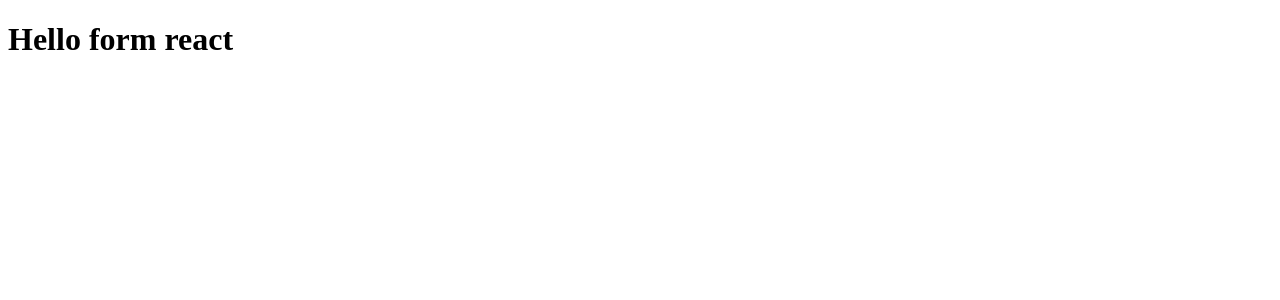
Repository: GAUTAM2349/NamasteReact
Page: index.html
An editor plug-in stored every save of this project. The page is shown before and after a run of saves, followed by the edit.
The browser window is 1280 px wide. The pictures show the whole page.

Above is the page before, as saved 2024-01-05 00:52:59.

### index.html
<!DOCTYPE html>
<html lang="en">
  <head>
    <meta charset="UTF-8" />
    <meta name="viewport" content="width=device-width, initial-scale=1.0" />
    <title>Namaste React</title>
    <script
      crossorigin
      src="https://unpkg.com/react@18/umd/react.development.js"
    ></script>
    <script
      crossorigin
      src="https://unpkg.com/react-dom@18/umd/react-dom.development.js"
    ></script>
  </head>
  <body>
    <div class="root" id="root">
      <h1>REACT NOT RENDERED</h1>
    </div>

    <script>
      let root = ReactDOM.createRoot(document.getElementById("root"));

      let heading = React.createElement("h1", {}, "Hello form react");
      console.log(heading);
      heading.textContent = "nothing bro";
      root.render(heading);

      let h1 = React.createElement("h1",{
        title : "first-heading",
        class : "first-heading"
      },"First Heading");


      let h2 = React.createElement("h2",{
        title : "Second-heading",
        class : "Second-heading"
      },"Second Heading");

      let div_container = React.createElement("div",{
        id : "container",
        class : "container"
      },[h1,h2]); // children are embeded in an array


    </script>
  </body>
</html>

After the next 8 saves:
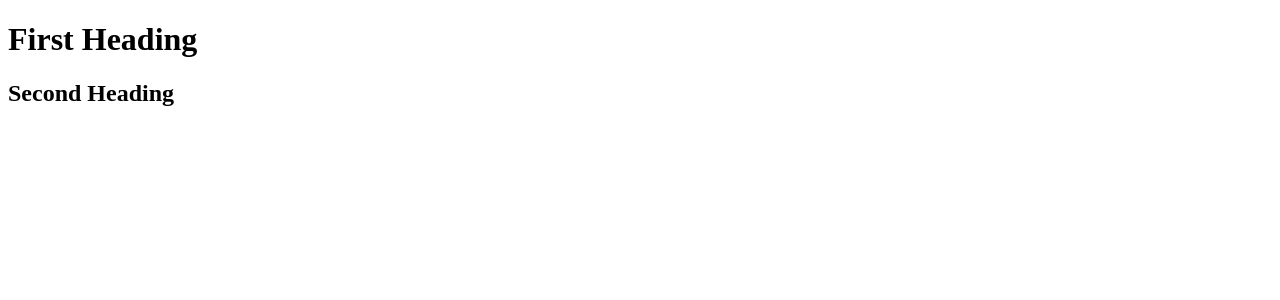
The 8 saves are shown as one change because they came seconds apart.
The last was saved 27 s later.
--- a/index.html
+++ b/index.html
@@ -42,7 +42,7 @@
         class : "container"
       },[h1,h2]); // children are embeded in an array
 
-
+      root.render(div_container);
     </script>
   </body>
 </html>
